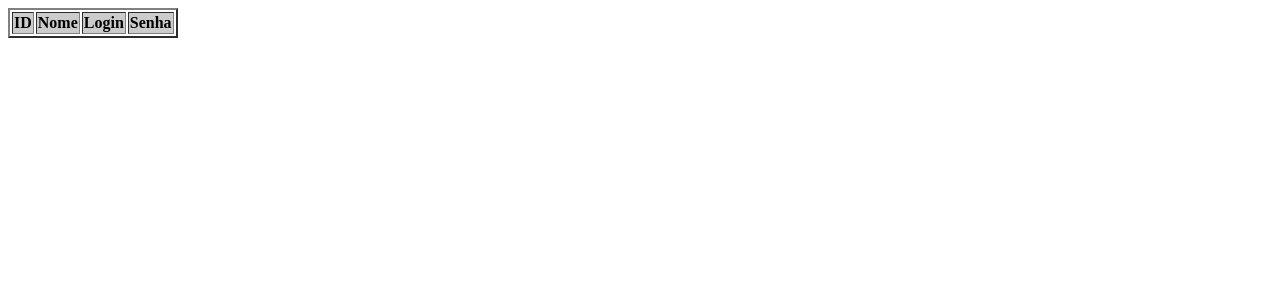
Repository: NielterBrennoCirqueira/EstudoJava
Page: http://localhost/CJWeb1/usucontroller.do
These files come from the project's save history. The page is drawn as it stood at one moment and after the next save; the edit follows.
The browser window is 1280 px wide. The pictures show the whole page.
The page is served by Tomcat 9. Queries for data that is not in the repository find no rows.

Above is the page before, as saved 2019-03-09 13:36:33.

After the next save:
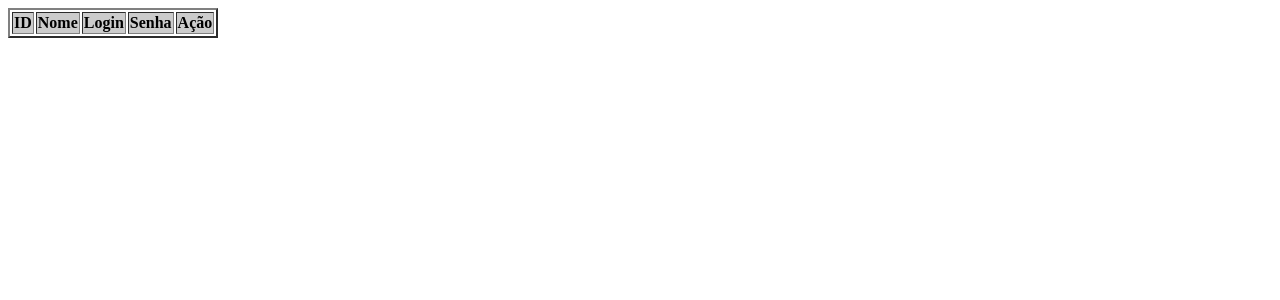
Saved 2 min 49 s later.
--- a/AulaJavaBasico/CJWeb1/WebContent/listausuarios.jsp
+++ b/AulaJavaBasico/CJWeb1/WebContent/listausuarios.jsp
@@ -13,7 +13,7 @@
 
 	<table border="2">
 	<tr bgcolor="#CCCCCC">
-		<th> ID </th> <th> Nome</th> <th> Login</th> <th> Senha</th>
+		<th> ID </th> <th> Nome</th> <th> Login</th> <th> Senha</th> <th> Ação </th>
 	</tr>
 
 <%
@@ -24,7 +24,7 @@ for(Usuario usu : lista){
 %>
 	<tr>
 
-		<td><% out.print(usu.getId()); %> </td>
+
 		<td><%= usu.getId() %></td>
 		<td><%= usu.getNome() %> </td>
 		<td><%= usu.getUsuario() %></td>
